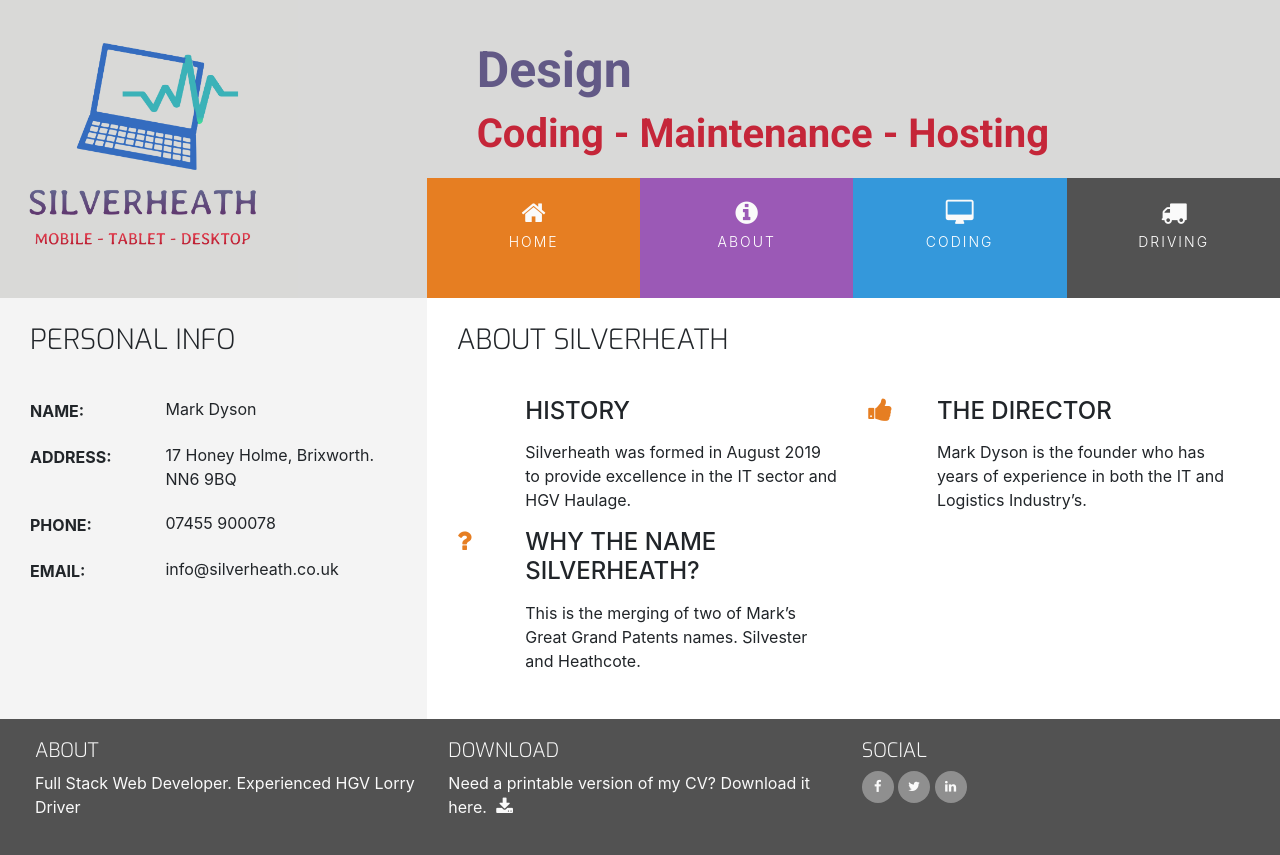
Repository: Code-Institute-Submissions/silverheath
Page: about.html
The author's editor kept a record of every edit. The page is drawn from the files as they stood at one moment, then again after the next edit.
The browser window is 1280 px wide. The pictures show the whole page.
Some web libraries are served in a nearby version.

Above is the page before.

### about.html
<!DOCTYPE html>
<html lang="en">

<head>
    <meta charset="UTF-8">
    <meta name="viewport" content="width=device-width, initial-scale=1.0">
    <meta http-equiv="X-UA-Compatible" content="ie=edge">
    <link rel="stylesheet" href="https://maxcdn.bootstrapcdn.com/bootstrap/4.2.1/css/bootstrap.min.css" type="text/css" />
    <link rel="stylesheet" href="https://maxcdn.bootstrapcdn.com/font-awesome/4.7.0/css/font-awesome.min.css" type="text/css" />
    <link rel="stylesheet" href="https://cdnjs.cloudflare.com/ajax/libs/hover.css/2.1.1/css/hover-min.css" type="text/css" />
    <link rel="stylesheet" href="assets/css/style.css">
    <title>SilverHeath</title>
</head>

<body>
    <header>
        <div class="row no-gutters">
            <a class="col-md-4 logo" href="02-index.html"></a>
            <div class="col-md-8">
                <div class="row no-gutters bg-color-name-title">
                    <div class="col heading">
                        <h1 class="name" <h1 class="name">Design</h1>
                        <h2 class="title">Coding - Maintenance - Hosting</h2>
                    </div>
                </div>
                <div class="row no-gutters">
                    <div class="col">
                        <ul id="nav" class="list-inline menucontainer">
                            <li class="col-6 col-sm-3 list-inline-item ui-menu-color-home menuitem">
                                <a href="index.html" class="hvr-sweep-to-bottom"><i class="fa fa-home" aria-hidden="true"></i><span>Home</span></a>
                            </li>
                            <li class="col-6 col-sm-3 list-inline-item ui-menu-color-about menuitem">
                                <a href="about.html" class="hvr-sweep-to-bottom"><i class="fa fa-info-circle" aria-hidden="true"></i><span>About</span></a>
                            </li>
                            <li class="col-6 col-sm-3 list-inline-item ui-menu-color-contact menuitem">
                                <a href="coding_index.html" class="hvr-sweep-to-bottom"><i class="fa fa-desktop" aria-hidden="true"></i><span>Coding</span></a>
                            </li>
                            <li class="col-6 col-sm-3 list-inline-item ui-menu-color-download menuitem">
                                <a href="lorry_index.html" target="_blank" class="hvr-sweep-to-bottom"><i class="fa fa-truck" aria-hidden="true"></i><span>Driving</span></a>
                            </li>
                        </ul>
                    </div>
                </div>
            </div>
        </div>
    </header>
    <section class="container-fluid">
        <div class="row">
            <div class="col-md-4 bg-color-personal-info section-column">
                <div class="row">
                    <div class="col-12">
                        <h3 class="section-heading uppercase">
                            Personal Info
                        </h3>
                    </div>
                </div>
                <div class="personal-info-item">
                    <div class="key">
                        <p class="uppercase">
                            Name:
                        </p>
                    </div>
                    <div class="value">
                        <p>
                            Mark Dyson
                        </p>
                    </div>
                </div>
                <div class="personal-info-item">
                    <div class="key">
                        <p class="uppercase">
                            Address:
                        </p>
                    </div>
                    <div class="value">
                        <p>
                            17 Honey Holme, Brixworth. NN6 9BQ
                        </p>
                    </div>
                </div>
                <div class="personal-info-item">
                    <div class="key">
                        <p class="uppercase">
                            Phone:
                        </p>
                    </div>
                    <div class="value">
                        <p>
                            07455 900078
                        </p>
                    </div>
                </div>
                <div class="personal-info-item">
                    <div class="key">
                        <p class="uppercase">
                            Email:
                        </p>
                    </div>
                    <div class="value">
                        <p>
                            info@silverheath.co.uk
                        </p>
                    </div>
                </div>
            </div>
            <div class="col-md-8 bg-color-three-reasons section-column">
                <div class="row">
                    <div class="col">
                        <h3 class="section-heading uppercase">About SilverHeath</h3>
                    </div>
                </div>
                <div class="row">
                    <div class="col-10 offset-1 offset-sm-0 col-sm-4 col-md-6">
                        <div class="row">
                            <div class="col-2">
                                <i class="three-reasons-icon fas fa-monument" aria-hidden="true"></i>
                            </div>
                            <div class="col-10">
                                <h4 class="three-reasons-heading uppercase">History</h4>
                                <p>
                                   Silverheath was formed in August 2019 to provide excellence in the IT sector and HGV Haulage.
                                </p>
                            </div>
                        </div>
                    </div>
                    <div class="col-10 offset-1 offset-sm-0 col-sm-4 col-md-6">
                        <div class="row">
                            <div class="col-2">
                                <i class="three-reasons-icon fa fa-thumbs-up" aria-hidden="true"></i>
                            </div>
                            <div class="col-10">
                                <h4 class="three-reasons-heading uppercase">The Director</h4>
                                <p>
                                    Mark Dyson is the founder who has years of experience in both the IT and Logistics Industry’s.
                                </p>
                            </div>
                        </div>
                    </div>
                    <div class="col-10 offset-1 offset-sm-0 col-sm-4 col-md-6">
                        <div class="row">
                            <div class="col-2">
                                <i class="three-reasons-icon fa fa-question" aria-hidden="true"></i>
                            </div>
                            <div class="col-10">
                                <h4 class="three-reasons-heading uppercase">Why the name Silverheath?</h4>
                                <p>
                                    This is the merging of two of Mark’s Great Grand Patents names. Silvester and Heathcote.
                                </p>
                            </div>
                        </div>
                    </div>
                </div>
            </div>
        </div>

    </section>
    <footer class="container-fluid">
        <div id="footer-details" class="row">
            <div class="col-sm-4">
                <h5 class="uppercase general-sub">About</h5>
                <p class="inline-block">
                    Full Stack Web Developer. Experienced HGV Lorry Driver
                </p>
            </div>
            <div class="col-sm-4">
                <h5 class="uppercase general-sub">Download</h5>
                <p class="inline-block">
                    Need a printable version of my CV? Download it here.
                    <a href="assets/cv/cv.pdf" target="_blank" class="cv-pdf">
                                    <i class="fa fa-download" aria-hidden="true"></i>
                                    <span class="sr-only">Download link.</span>
                                </a>
                </p>
            </div>
            <div class="col-sm-4">
                <h5 class="uppercase general-sub">Social</h5>
                <ul class="list-inline social-links">
                    <li class="list-inline-item">
                        <a target="_blank" href="https://www.facebook.com/T123MRD">
                                        <i class="fa fa-facebook" aria-hidden="true"></i>
                                        <span class="sr-only">Facebook</span>
                                    </a>
                    </li>
                    <li class="list-inline-item">
                        <a target="_blank" href="https://twitter.com/md1858">
                                        <i class="fa fa-twitter" aria-hidden="true"></i>
                                        <span class="sr-only">Twitter</span>
                                    </a>
                    </li>
                    <li class="list-inline-item">
                        <a target="_blank" href="https://www.linkedin.com/in/mark-dyson-ba7397a1/">
                                        <i class="fa fa-linkedin" aria-hidden="true"></i>
                                        <span class="sr-only">LinkedIn</span>
                                    </a>
                    </li>



                </ul>
            </div>
        </div>
    </footer>
</body>

</html>

### assets/css/style.css
@import url('https://fonts.googleapis.com/css?family=Roboto:100,200,300,400,500,600,700|Exo:100,200,300,400,500,600,700');

/*--------------------------------------------Colors*/

.bg-color-name-title {
    background-color: #D9D9D8;
}

.bg-color-three-reasons {
    background-color: #fff;
}

.bg-color-personal-info {
    background-color: #f4f4f4;
}

.bg-color-work-history {
    background-color: #9b59b6;
}

.bg-color-contact {
    background-color: #fff;
}

.ui-menu-color-home {
    background-color: #e67e22;
}

.ui-menu-color-resume {
    background-color: #9b59b6;
}

.ui-menu-color-about {
    background-color: #9b59b6;
}

.ui-menu-color-contact {
    background-color: #3498db;
}

.ui-menu-color-download {
    background-color: #525252;
}

.row-table {
    display: table;
}

.section-column {
    display: table-cell;
    padding: 0 30px 30px;
    float: none;
}

.section-heading {
    font-family: "Exo", sans-serif;
    font-weight: 300;
    margin-top: 25px;
    margin-bottom: 40px;
}

/* ----------------------------------------Special paddings/margins/text */

h1,
h2,
h3,
h4 {
    margin: 0;
}

.uppercase {
    text-transform: uppercase;
}

.general-sub {
    font-family: "Exo", sans-serif;
    font-weight: 300;
    color: #fafafa;
}

.inline-block {
    display: inline-block;
}

.row-table {
    display: table;
}

.section-column {
    display: table-cell;
    padding: 0 30px 30px;
    float: none;
}

.history-heading,
.section-heading {
    font-family: "Exo", sans-serif;
    font-weight: 300;
    margin-top: 25px;
    margin-bottom: 40px;
}


/*--------------------------------------------Heading*/

header {
    margin: 0;
}

.heading {
    margin-top: 30px;
    margin-left: 50px;
}

.logo {
    background: url("../images/logo.jpg");
    background-position: left;
    background-repeat: no-repeat;
    background-size: contain;
    background-color: #D9D9D8;
    min-height: 180px;
    transition: all .5s ease-in-out;
    -moz-transition: all .5s ease-in-out;
    -webkit-transition: all .5s ease-in-out;
}

.name {
    font-family: "Roboto", sans-serif;
    font-weight: 800;
    font-size: 50px;
    margin-top: 10px;
    margin-bottom: 10px;
    color: #625986;
}

.title {
    font-family: "Roboto", sans-serif;
    font-weight: 800;
    font-size: 40px;
    margin-top: 5px;
    margin-bottom: 20px;
    color: #C52639;
    text-align: left;
}

.list-inline-item:not(:last-child) {
    margin: 0;
}

.menucontainer {
    font-size: 0;
}

#nav li {
    font-size: 14px;
    padding: 0;
}

#nav {
    margin: 0;
}

.menuitem {
    height: 120px;
    text-align: center;
    padding: 0;
}

.menuitem a {
    width: 100%;
    text-decoration: none;
    color: #fff;
    height: 120px;
}

.menuitem a i {
    padding-top: 22px;
    display: block;
    color: #fafafa;
    font-size: 26px;
}

.menuitem span {
    display: block;
    width: 100%;
    padding-top: 5px;
    text-align: center;
    text-transform: uppercase;
    font-size: 14px;
    font-weight: 300;
    letter-spacing: 2px;
}

/*--------------------------------------------Hover.css*/

.hvr-sweep-to-bottom:before {
    background: rgba(0, 0, 0, 0.2);
    height: 120px;
}

/* ----------------------------------------Footer */

footer {
    background-color: #525252;
    color: #fafafa;
    min-height: 120px;
    margin: 0;
}

.cv-pdf i {
    font-size: 18px;
    color: #fafafa;
    text-align: center;
    padding-left: 5px;
    transition: all 0.35s ease-in-out;
    -moz-transition: all 0.35s ease-in-out;
    -webkit-transition: all 0.35s ease-in-out;
    -o-transition: all 0.35s ease-in-out;
}

.cv-pdf i:hover {
    color: #e84610;
}

.social-links {
    padding-bottom: 15px;
}

.social-links li a i {
    width: 32px;
    height: 32px;
    padding: 12px 0;
    border-radius: 50%;
    font-size: 13px;
    line-height: 7px;
    text-align: center;
    color: #fafafa;
    background: #8f8f8f;
    transition: all 0.35s ease-in-out;
    -moz-transition: all 0.35s ease-in-out;
    -webkit-transition: all 0.35s ease-in-out;
    -o-transition: all 0.35s ease-in-out;
}

.social-links li a i:hover {
    background: #e84610;
}

#footer-details {
    padding: 20px;
}

/* ----------------------------------------Three Reasons */

.three-reasons-icon {
    font-size: 26px;
    color: #e67e22;
}

.three-reasons-heading {
    margin-bottom: 15px;
}

/* ----------------------------------------Personal Info */

.personal-info-item {
    margin-bottom: 20px;
    display: block;
    clear: both;
}

.personal-info-item .key,
.personal-info-item .value {
    padding-right: 8px;
    display: inline-block;
}

.personal-info-item .key p,
.personal-info-item .value p {
    margin: 0;
}

.personal-info-item .key {
    width: 30%;
    margin-right: 21px;
    padding-top: 2px;
    vertical-align: top;
}

.personal-info-item .key p {
    font-weight: 700;
}

.personal-info-item .value {
    position: relative;
    width: 60%;
}

/* ----------------------------------------Skills */

.progress {
    position: relative;
    height: 25px;
    margin-bottom: 4px;
}

.progress-type {
    position: absolute;
    left: 0px;
    font-weight: 400;
    padding: 3px 30px 2px 10px;
    color: #fafafa;
    background-color: rgba(25, 25, 25, 0.2);
}

.progress-section {
    margin: 40px 20px;
}

/* ----------------------------------------Work History */

.history-heading {
    color: #fafafa;
    margin-bottom: 50px;
}

.timeline-item {
    padding: 4em 2em 0em 2em;
    position: relative;
    color: #fafafa;
    border-left: 1px solid;
}

.timeline-item p {
    padding: 0;
    margin: 0;
}

.timeline-item:before {
    content: attr(data-dates);
    position: absolute;
    left: 2.5em;
    top: 3em;
    display: block;
    font-family: "Exo", sans-serif;
    font-weight: 500;
    font-size: 0.8em;
    padding: 0;
    margin: 0;
}

.timeline-item:after {
    width: 12px;
    height: 12px;
    display: block;
    top: 2.4em;
    position: absolute;
    left: -6px;
    border-radius: 12px;
    content: '';
    background: #fafafa;
}

.history-items {
    margin-bottom: 30px;
}

/* ----------------------------------------Contact Form */

.contact-heading {
    font-family: "Exo", sans-serif;
    font-weight: 300;
    margin-top: 25px;
    margin-bottom: 20px;
}

.center-form {
    padding-top: 10px;
    margin: 0 auto;
    max-width: 70%;
}

button[type="submit"] {
    margin-top: 15px;
    margin-bottom: 20px;
    color: #fafafa;
    background-color: #e84610;
}

/* ----------------------------------------Media Queries */

@media(min-width: 992px) {
    .center-form {
        padding-top: 30px;
        min-height: 240px;
        margin: 0 auto;
        max-width: 50%;
    }
}

After the next edit:
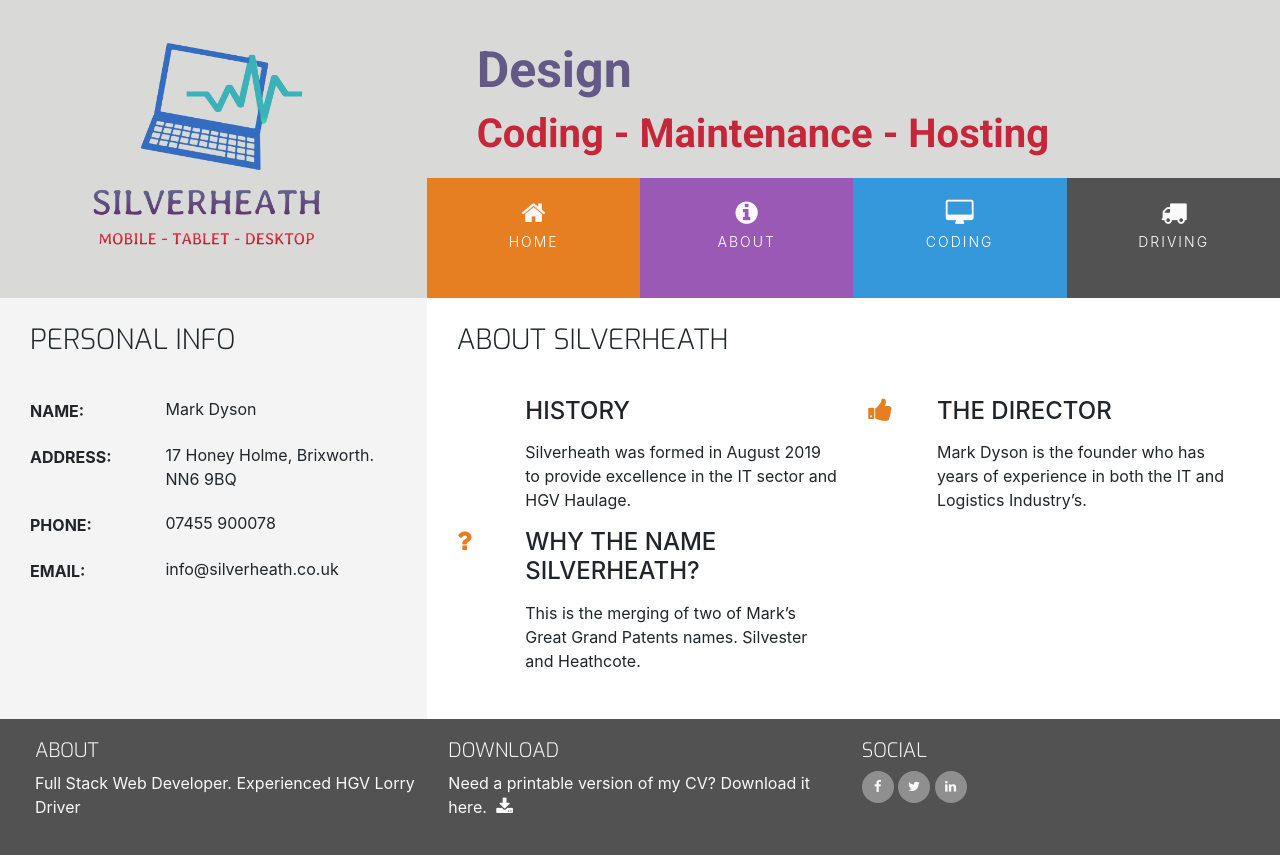
The edit:
--- a/assets/css/style.css
+++ b/assets/css/style.css
@@ -114,7 +114,7 @@
 
 .logo {
     background: url("../images/logo.jpg");
-    background-position: left;
+    background-position: center;
     background-repeat: no-repeat;
     background-size: contain;
     background-color: #D9D9D8;
